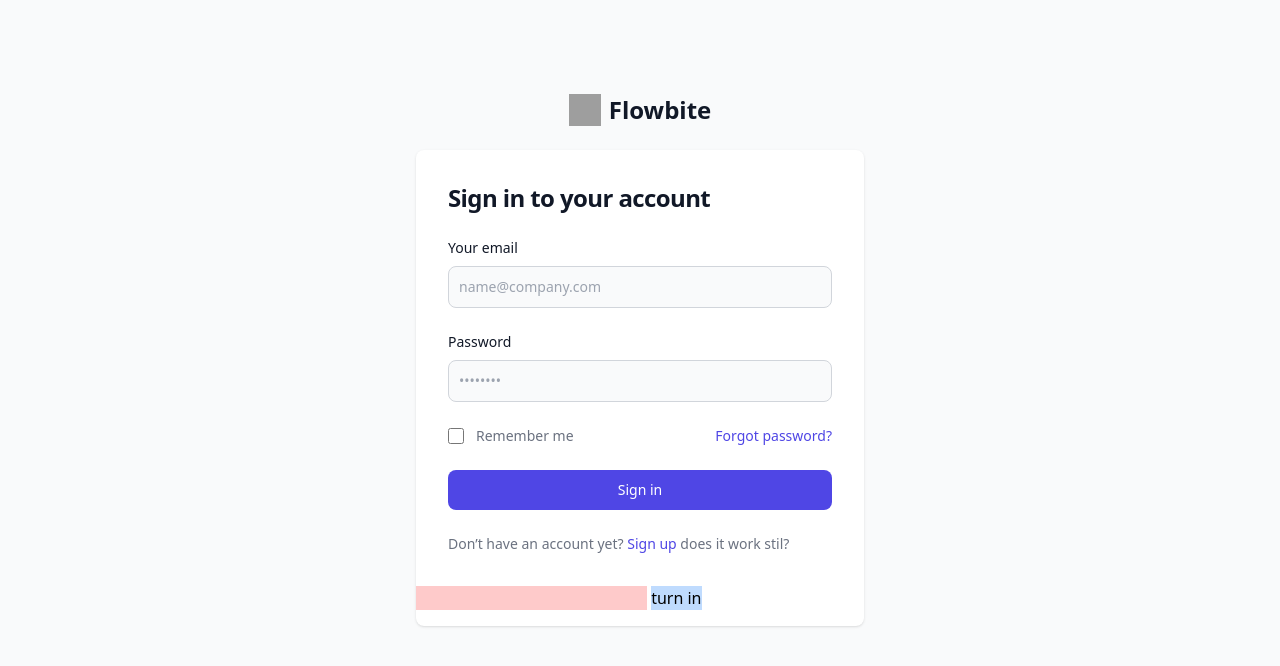
Repository: Narain-Singaram/Coreverse-SMP-Project
Page: http://localhost/account/login.php
These files come from the project's save history. The page is drawn as it stood at one moment and after a run of saves; the edit follows.
The browser window is 1280 px wide. The pictures show the whole page.
Pictures or frames that could not be fetched are drawn as grey boxes. Some web libraries are served in a nearby version. The page is run by PHP 8.4 with error messages shown; the project is at /var/www/html/. Queries for data that is not in the repository find no rows.

Above is the page before, as saved 2022-11-05 23:48:42.

After the next 2 saves:
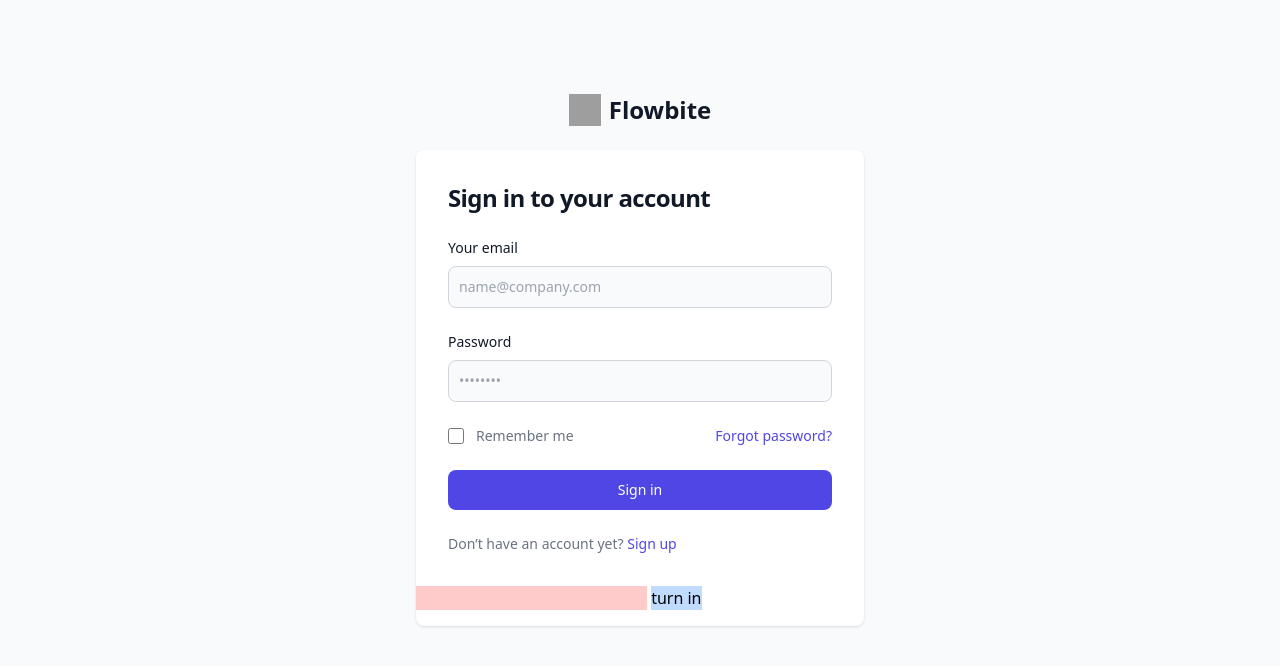
The 2 saves are shown as one change because they came seconds apart.
The last was saved 59 s later.
--- a/account/login.php
+++ b/account/login.php
@@ -34,8 +34,9 @@
                     </div>
                     <button type="submit" class="w-full text-white bg-indigo-600 hover:bg-indigo-700 focus:ring-4 focus:outline-none focus:ring-indigo-300 font-medium rounded-lg text-sm px-5 py-2.5 text-center">Sign in</button>
                     <p class="text-sm font-light text-gray-500">
-                        Don’t have an account yet? <a href="#" class="font-medium text-indigo-600 hover:underline">Sign up</a>     <?php
-    echo 'does it work stil?';
+                        Don’t have an account yet? <a href="#" class="font-medium text-indigo-600 hover:underline">Sign up</a>
+    <?php
+        $select = mysqli_query($con, "SELECT * FROM users WHERE id=1");
     ?>
                     </p>
                 </form>
@@ -52,7 +53,6 @@
     <?php
         if(isset($_POST['submit_name'])) {
             $name = $_POST['full_name'];
-
             $name_change = mysqli_query($con,"UPDATE users SET full_name = '$name' WHERE id=1");
         }
     ?>
